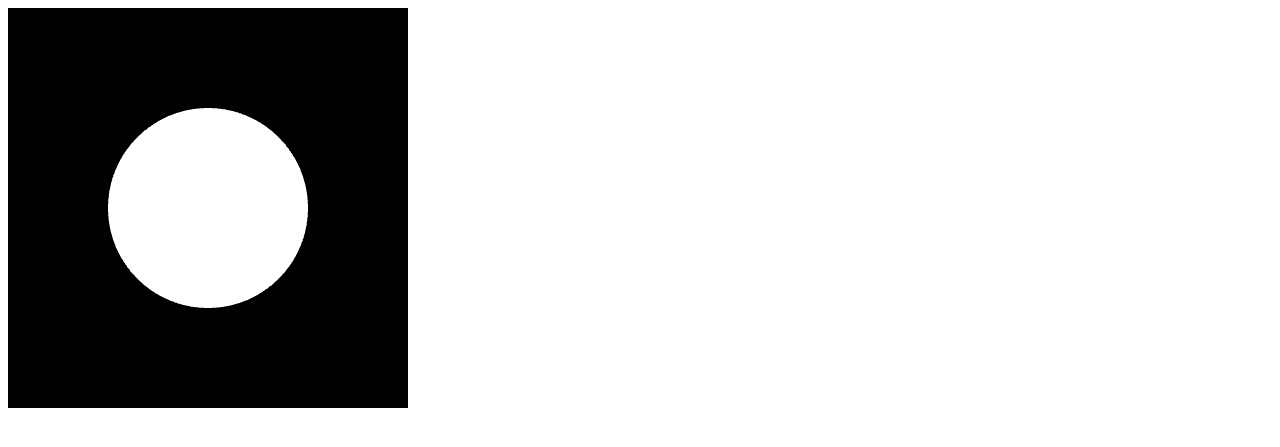
Repository: ChristeZeng/ComputerGraphics
Page: Lab2/Test.html
The author's editor kept a copy of each file at every save. The page is drawn from the files as they stood at one save, then again after the next save.
The browser window is 1280 px wide. The pictures show the whole page.

Above is the page before, as saved 2021-10-02 16:46:25.

After the next save:
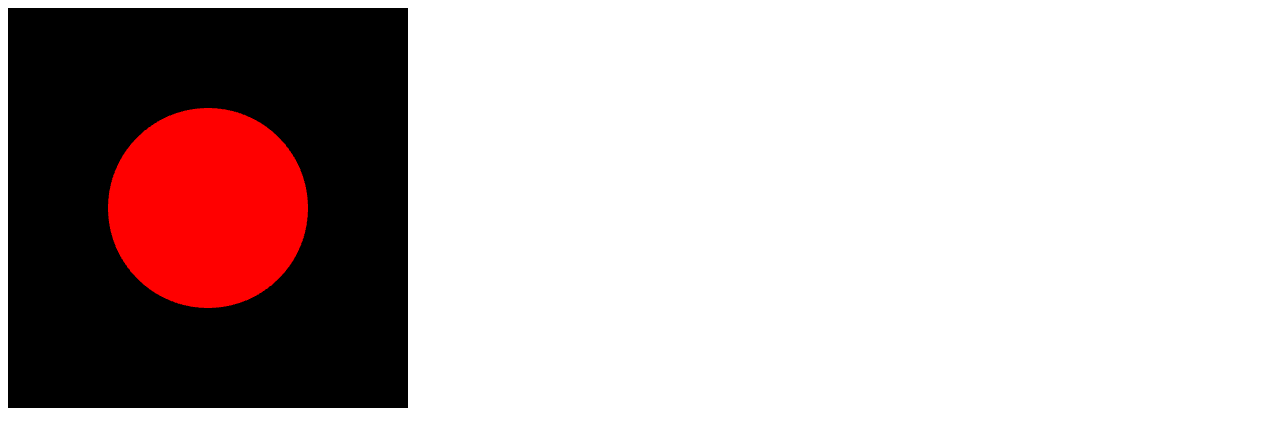
Saved 2 min 9 s later.
--- a/Lab2/Test.js
+++ b/Lab2/Test.js
@@ -21,7 +21,7 @@
     const fsSource = `
         void main()
         {
-            gl_FragColor = vec4(1.0, 1.0, 1.0, 1.0);
+            gl_FragColor = vec4(1.0, 0.0, 0.0, 1.0);
         }
     `;
 
